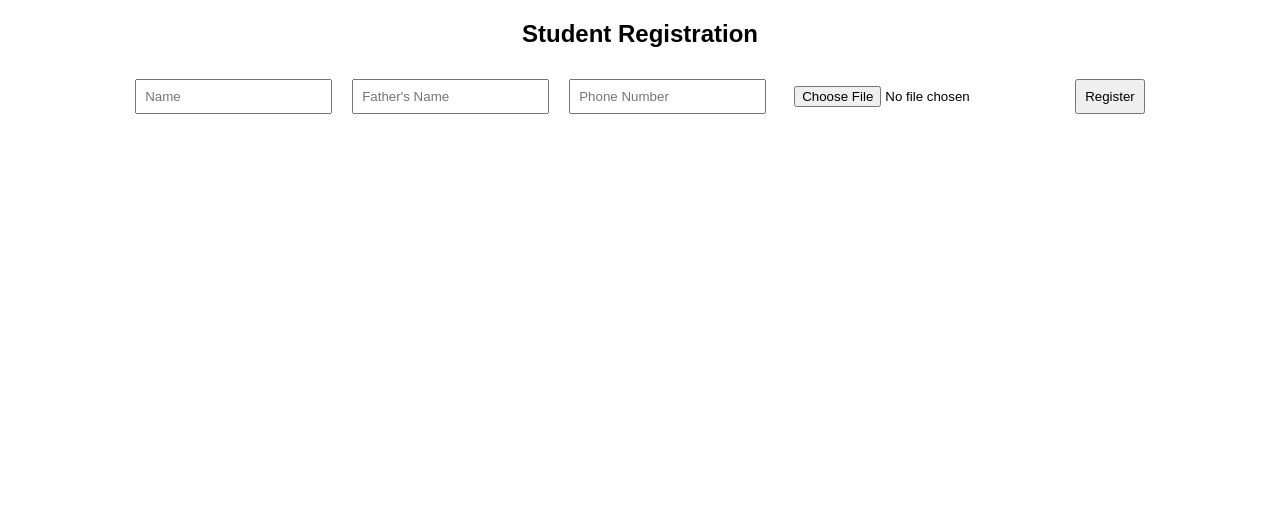
Repository: pripriya09/StudentID-Card-Download
Page: / (app in frontend/)
The author's editor kept a copy of each file at every save. The page is drawn from the files as they stood at one save, then again after a run of saves.
The browser window is 1280 px wide. The pictures show the whole page.
The project was rebuilt for these pictures with package versions that can differ from the ones it lists, and the page was loaded fresh each time. Also part of the build but not shown: frontend/vite.config.js.

Above is the page before, as saved 2025-01-07 11:37:45.

### frontend/src/main.jsx
import React from 'react'
import ReactDOM from 'react-dom/client'
// import App from './App'
// import './index.css'
import Form from './Form.jsx'
// import IDCardForm from './copy form/IDCardForm.jsx'

ReactDOM.createRoot(document.getElementById('root')).render(
  <React.StrictMode>
    {/* <App /> */}
    <Form/>
    {/* <IDCardForm/> */}
  </React.StrictMode>,
)

### frontend/src/Form.jsx
import React, { useState } from "react";
import axios from "axios";
import "./App.css";
import jsPDF from "jspdf";

const Form = () => {
  const [formData, setFormData] = useState({
    name: "",
    fatherName: "",
    phoneNumber: "",
  });
  const [registrationNumber, setRegistrationNumber] = useState("");
  const [studentData, setStudentData] = useState(null);
  const [profileImage, setProfileImage] = useState(null); // For the uploaded image

  const handleSubmit = async (e) => {
    e.preventDefault();

    try {
      const response = await axios.post("http://localhost:6009/api/students", formData);
      const result = response.data;

      setStudentData({
        ...formData,
        registrationNumber: result.registrationNumber,
      });

      setFormData({
        name: "",
        fatherName: "",
        phoneNumber: "",
      });
    } catch (error) {
      console.error("Error sending data:", error);
    }
  };

  const handleChange = (e) => {
    setFormData({ ...formData, [e.target.name]: e.target.value });
  };

  const handleImageChange = (e) => {
    const file = e.target.files[0];
    if (file) {
      const reader = new FileReader();
      reader.onloadend = () => {
        setProfileImage(reader.result); // Set the image as base64 string
      };
      reader.readAsDataURL(file);
    }
  };

  const handleDownloadtext = () => {
    if (studentData) {
      const fileData = `
        Name: ${studentData.name}
        Father's Name: ${studentData.fatherName}
        Phone Number: ${studentData.phoneNumber}
        Registration Number: ${studentData.registrationNumber}`;
      const blob = new Blob([fileData], { type: "text/plain" });

      const link = document.createElement("a");
      link.href = URL.createObjectURL(blob);
      link.download = `${studentData.registrationNumber}_ID_Card.txt`;
      link.click();

      setFormData({
        name: "",
        fatherName: "",
        phoneNumber: "",
      });
      setStudentData(null);
    }
  };

  function handleDownloadPDF() {
    if (studentData) {
      let PDFdocument = new jsPDF();
      const studentInfo = `
        Student ID Card
        Name: ${studentData.name}
        Father's Name: ${studentData.fatherName}
        Phone: ${studentData.phoneNumber}
        Registration Number: ${studentData.registrationNumber}
      `;

      PDFdocument.text(studentInfo, 10, 10);
      PDFdocument.save(`${studentData.registrationNumber}_ID_Card.pdf`);
      PDFdocument = null;
    }
  }

  return (
    <div className="App">
      <h2>Student Registration</h2>

      <form onSubmit={handleSubmit}>
        <input
          type="text"
          name="name"
          placeholder="Name"
          value={formData.name}
          onChange={handleChange}
          required
        />
        <input
          type="text"
          name="fatherName"
          placeholder="Father's Name"
          value={formData.fatherName}
          onChange={handleChange}
          required
        />
        <input
          type="tel"
          name="phoneNumber"
          placeholder="Phone Number"
          value={formData.phoneNumber}
          onChange={handleChange}
          required
        />
        {/* Upload profile image */}
        <input type="file" onChange={handleImageChange} accept="image/*" />
        <button type="submit">Register</button>
      </form>

      {studentData && (
        <div className="id-card">
          <h3>ID Card</h3>
          {/* Display the profile image */}
          <div className="profile-image">
            {profileImage ? (
              <img src={profileImage} alt="Profile" />
            ) : (
              <img src="https://via.placeholder.com/150" alt="Demo Image" />
            )}
          </div>
          <p>Name: {studentData.name}</p>
          <p>Father's Name: {studentData.fatherName}</p>
          <p>Phone Number: {studentData.phoneNumber}</p>
          <p>Registration Number: {studentData.registrationNumber}</p>
          <button onClick={handleDownloadtext}>Download Card In txtfile</button>
          <button onClick={handleDownloadPDF}>Download Card In PDF</button>
        </div>
      )}
    </div>
  );
};

export default Form;

### frontend/src/App.css
.App {
  text-align: center;
  font-family: Arial, sans-serif;
}

form input, form button {
  margin: 10px;
  padding: 8px;
}

.id-card {
  border: 1px solid #ccc;
  padding: 15px;
  width: 300px;
  margin: 20px auto;
}

Loaded but not shown: frontend/index.html (common file)

After the next 6 saves:
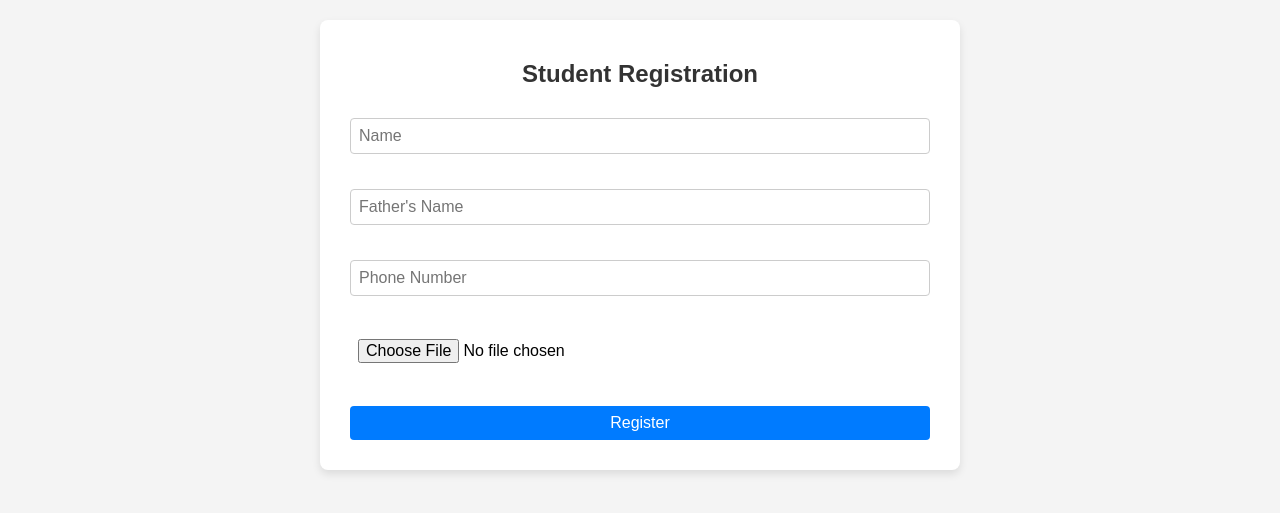
The 6 saves are shown as one change because they came seconds apart.
The last was saved 25 s later.
--- a/frontend/src/App.css
+++ b/frontend/src/App.css
@@ -8,9 +8,102 @@ form input, form button {
   padding: 8px;
 }
 
+/* General styling */
+body {
+  font-family: Arial, sans-serif;
+  background-color: #f4f4f4;
+  margin: 0;
+  padding: 0;
+}
+
+.App {
+  max-width: 600px;
+  margin: 20px auto;
+  padding: 20px;
+  background-color: #fff;
+  border-radius: 8px;
+  box-shadow: 0 4px 8px rgba(0, 0, 0, 0.1);
+}
+
+h2 {
+  text-align: center;
+  color: #333;
+}
+
+form {
+  display: flex;
+  flex-direction: column;
+  gap: 15px;
+}
+
+input {
+  padding: 10px;
+  border: 1px solid #ccc;
+  border-radius: 4px;
+  font-size: 16px;
+}
+
+input[type="file"] {
+  border: none;
+  background-color: transparent;
+}
+
+button {
+  padding: 12px;
+  background-color: #4CAF50;
+  color: white;
+  border: none;
+  border-radius: 4px;
+  font-size: 16px;
+  cursor: pointer;
+}
+
+button:hover {
+  background-color: #45a049;
+}
+
+h3 {
+  text-align: center;
+  color: #333;
+}
+
 .id-card {
-  border: 1px solid #ccc;
-  padding: 15px;
-  width: 300px;
-  margin: 20px auto;
+  margin-top: 30px;
+  padding: 20px;
+  background-color: #fafafa;
+  border-radius: 8px;
+  border: 1px solid #ddd;
+  box-shadow: 0 2px 4px rgba(0, 0, 0, 0.1);
 }
+
+.id-card p {
+  font-size: 16px;
+  color: #333;
+}
+
+.profile-image {
+  text-align: center;
+  margin-bottom: 15px;
+}
+
+.profile-image img {
+  border-radius: 50%;
+  width: 150px;
+  height: 150px;
+  object-fit: cover;
+  margin-bottom: 20px;
+}
+
+button {
+  display: inline-block;
+  margin-top: 10px;
+  background-color: #007bff;
+}
+
+button:hover {
+  background-color: #0056b3;
+}
+
+button + button {
+  margin-left: 10px;
+}
